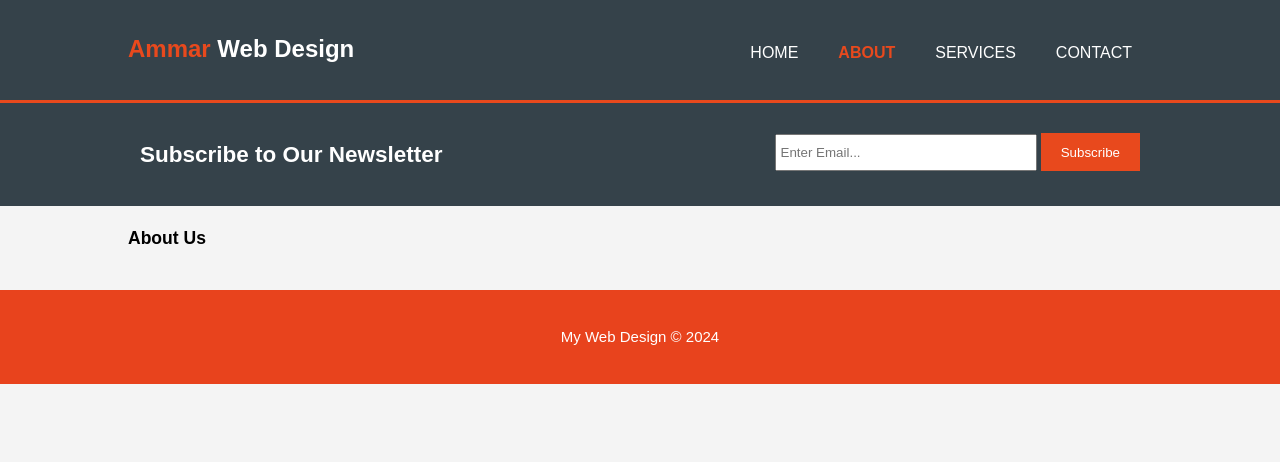
Repository: aobeid1979/html-website
Page: about.html
The author's editor kept a copy of each file at every save. The page is drawn from the files as they stood at one save, then again after the next save.
The browser window is 1280 px wide. The pictures show the whole page.

Above is the page before, as saved 2024-05-03 18:55:01.

After the next save:
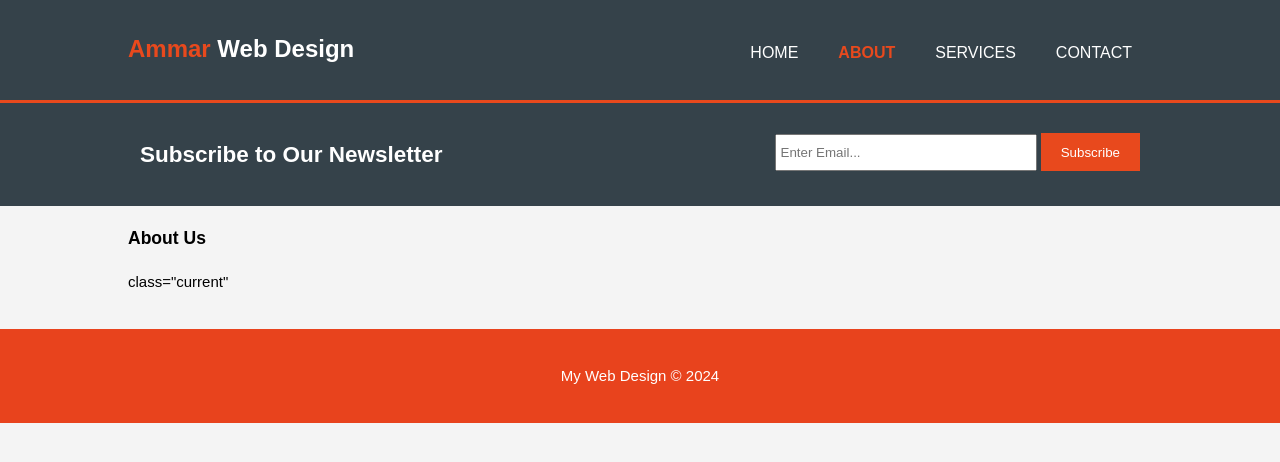
Saved 83 s later.
--- a/about.html
+++ b/about.html
@@ -43,7 +43,7 @@
         <div class="container">
             <article id="main-col">
                 <h1 class="page-title">About Us</h1>
-                <p></p>
+                <p>class="current"</p>
         </div>
     </section>
 

After the save that followed:
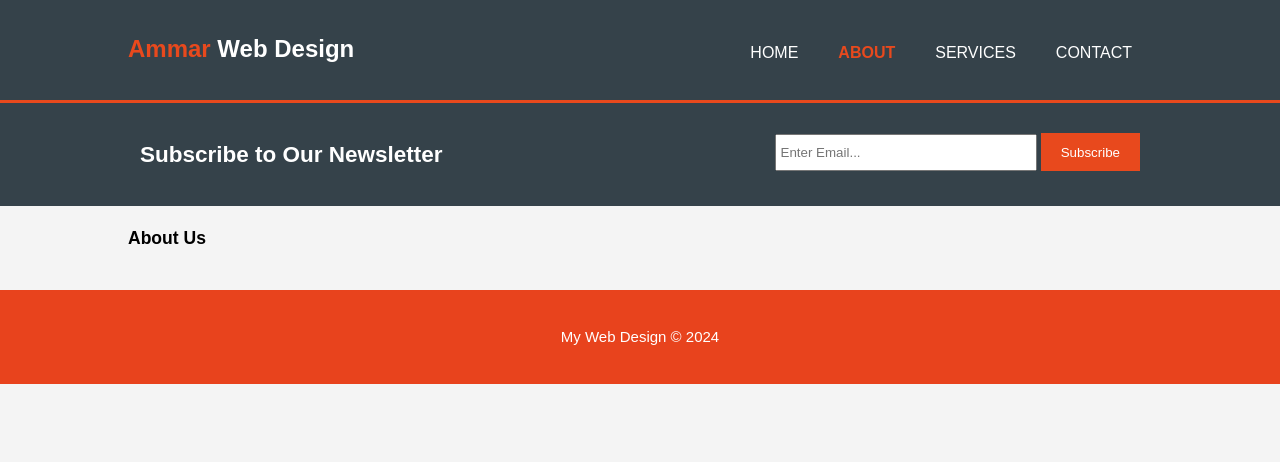
Saved 7 s later.
--- a/about.html
+++ b/about.html
@@ -43,7 +43,7 @@
         <div class="container">
             <article id="main-col">
                 <h1 class="page-title">About Us</h1>
-                <p>class="current"</p>
+                <p></p>
         </div>
     </section>
 
